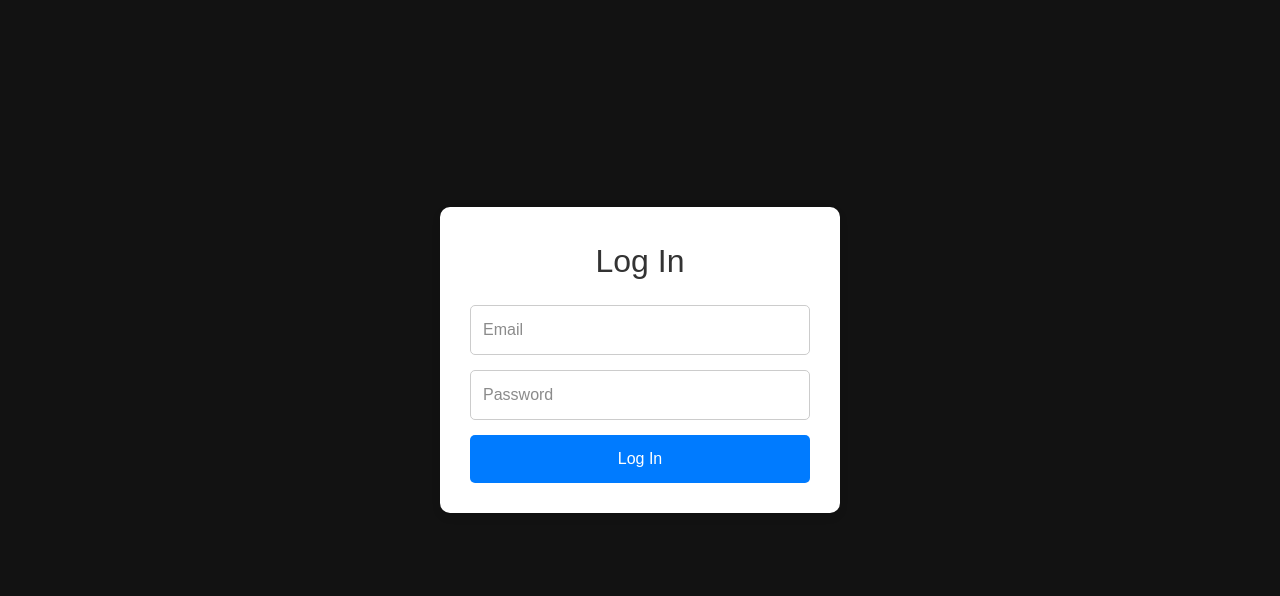
Repository: shreeyanshujha/ndis-invoice-generator
Page: /login
These files come from the project's save history. The page is drawn as it stood at one moment and after the next save; the edit follows.
The browser window is 1280 px wide. The pictures show the whole page.
The project was rebuilt for these pictures with package versions that can differ from the ones it lists, and the page was loaded fresh each time. The framework's server and built-in components were replaced by stand-ins that run in the browser. Also part of the build but not shown: next.config.mjs.

Above is the page before, as saved 2025-04-03 10:58:43.

### pages/_app.js
import { AuthProvider } from '../lib/auth'; // Correct import
import '../styles/globals.css';

function MyApp({ Component, pageProps }) {
  return (
    <AuthProvider>
      <Component {...pageProps} />
    </AuthProvider>
  );
}

export default MyApp;

### pages/login.js
import { useState } from 'react';
import { signInWithEmailAndPassword } from 'firebase/auth';
import { auth } from '../lib/firebase'; // Assuming firebase is initialized here
import { useRouter } from 'next/router';

export default function Login() {
  const [email, setEmail] = useState('');
  const [password, setPassword] = useState('');
  const [error, setError] = useState('');
  const router = useRouter();

  const handleLogin = async (e) => {
    e.preventDefault();
    try {
      await signInWithEmailAndPassword(auth, email, password);
      router.push('/'); // Redirect to the home page upon successful login
    } catch (err) {
      setError(err.message); // Display error message
    }
  };

  return (
    <div style={styles.container}>
      <div style={styles.formContainer}>
        <h1 style={styles.title}>Log In</h1>
        <form onSubmit={handleLogin}>
          <input
            type="email"
            placeholder="Email"
            value={email}
            onChange={(e) => setEmail(e.target.value)}
            style={styles.input}
            required
          />
          <input
            type="password"
            placeholder="Password"
            value={password}
            onChange={(e) => setPassword(e.target.value)}
            style={styles.input}
            required
          />
          <button type="submit" style={styles.button}>
            Log In
          </button>
        </form>
        {error && <p style={styles.error}>{error}</p>}
      </div>
    </div>
  );
}

const styles = {
  container: {
    display: 'flex',
    justifyContent: 'center',
    alignItems: 'center',
    height: '100vh',
    backgroundColor: '#121212',
  },
  formContainer: {
    backgroundColor: '#fff',
    padding: '30px',
    borderRadius: '10px',
    boxShadow: '0 4px 8px rgba(0, 0, 0, 0.1)',
    width: '100%',
    maxWidth: '400px',
    textAlign: 'center',
  },
  title: {
    fontSize: '2rem',
    color: '#333',
    marginBottom: '20px',
  },
  input: {
    width: '100%',
    padding: '12px',
    marginBottom: '15px',
    border: '1px solid #ccc',
    borderRadius: '5px',
    fontSize: '1rem',
  },
  inputFocus: {
    borderColor: '#007bff',
    outline: 'none',
  },
  button: {
    width: '100%',
    padding: '12px',
    backgroundColor: '#007bff',
    color: '#fff',
    border: 'none',
    borderRadius: '5px',
    fontSize: '1rem',
    cursor: 'pointer',
  },
  buttonHover: {
    backgroundColor: '#0056b3',
  },
  error: {
    color: 'red',
    fontSize: '0.9rem',
    marginTop: '10px',
  }
}

### lib/auth.js
import { createContext, useContext, useState, useEffect } from 'react';
import { auth } from './firebase'; // Make sure this points to your firebase.js file
import { onAuthStateChanged } from 'firebase/auth';

const AuthContext = createContext();

// Custom hook to access the auth state
export const useAuth = () => {
  return useContext(AuthContext);
};

// Provider to wrap your app and pass down auth state
export const AuthProvider = ({ children }) => {
  const [user, setUser] = useState(null);

  useEffect(() => {
    const unsubscribe = onAuthStateChanged(auth, (user) => {
      setUser(user);
    });

    return () => unsubscribe();
  }, []);

  return (
    <AuthContext.Provider value={{ user }}>
      {children}
    </AuthContext.Provider>
  );
};

### lib/firebase.js
import { initializeApp } from 'firebase/app';
import { getAuth } from 'firebase/auth';
import { getFirestore } from 'firebase/firestore';

const firebaseConfig = {
    apiKey: "AIzaSyBeAQcHaFOlqVXluVgRUgipXpNn4yKf8j0",
    authDomain: "ndis-invoice-generator.firebaseapp.com",
    projectId: "ndis-invoice-generator",
    storageBucket: "ndis-invoice-generator.firebasestorage.app",
    messagingSenderId: "80394396896",
    appId: "1:80394396896:web:c9aad770dabcecfd705c85"
  };

const app = initializeApp(firebaseConfig);

export const auth = getAuth(app);  // Make sure auth is exported
export const db = getFirestore(app);

Loaded but not shown: pages/_document.js (common file); styles/globals.css (common file)

After the next save:
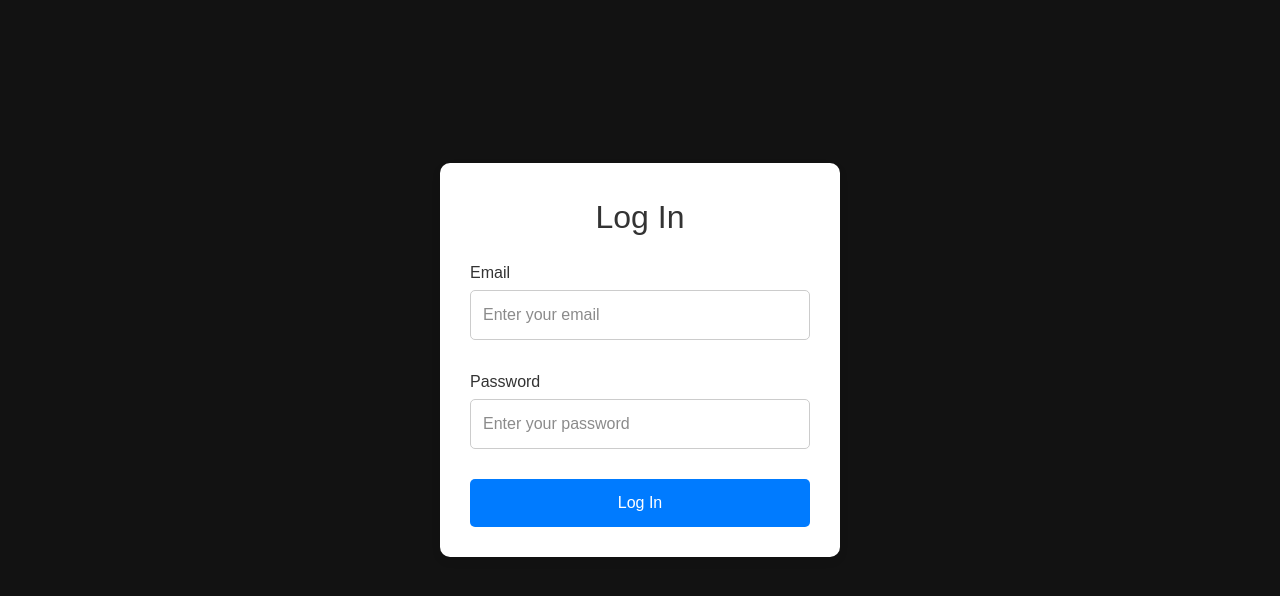
Saved 13 min 4 s later.
--- a/pages/login.js
+++ b/pages/login.js
@@ -24,22 +24,28 @@
       <div style={styles.formContainer}>
         <h1 style={styles.title}>Log In</h1>
         <form onSubmit={handleLogin}>
-          <input
-            type="email"
-            placeholder="Email"
-            value={email}
-            onChange={(e) => setEmail(e.target.value)}
-            style={styles.input}
-            required
-          />
-          <input
-            type="password"
-            placeholder="Password"
-            value={password}
-            onChange={(e) => setPassword(e.target.value)}
-            style={styles.input}
-            required
-          />
+          <div style={styles.inputGroup}>
+            <label style={styles.label}>Email</label>
+            <input
+              type="email"
+              placeholder="Enter your email"
+              value={email}
+              onChange={(e) => setEmail(e.target.value)}
+              style={styles.input}
+              required
+            />
+          </div>
+          <div style={styles.inputGroup}>
+            <label style={styles.label}>Password</label>
+            <input
+              type="password"
+              placeholder="Enter your password"
+              value={password}
+              onChange={(e) => setPassword(e.target.value)}
+              style={styles.input}
+              required
+            />
+          </div>
           <button type="submit" style={styles.button}>
             Log In
           </button>
@@ -72,17 +78,24 @@
     color: '#333',
     marginBottom: '20px',
   },
+  inputGroup: {
+    marginBottom: '20px',
+    textAlign: 'left',
+    width: '100%',
+  },
+  label: {
+    fontSize: '1rem',
+    color: '#333',
+    marginBottom: '5px',
+    display: 'block',
+  },
   input: {
     width: '100%',
     padding: '12px',
-    marginBottom: '15px',
+    marginBottom: '10px',
     border: '1px solid #ccc',
     borderRadius: '5px',
     fontSize: '1rem',
-  },
-  inputFocus: {
-    borderColor: '#007bff',
-    outline: 'none',
   },
   button: {
     width: '100%',
@@ -94,12 +107,9 @@
     fontSize: '1rem',
     cursor: 'pointer',
   },
-  buttonHover: {
-    backgroundColor: '#0056b3',
-  },
   error: {
     color: 'red',
     fontSize: '0.9rem',
     marginTop: '10px',
-  }
-}
+  },
+};
